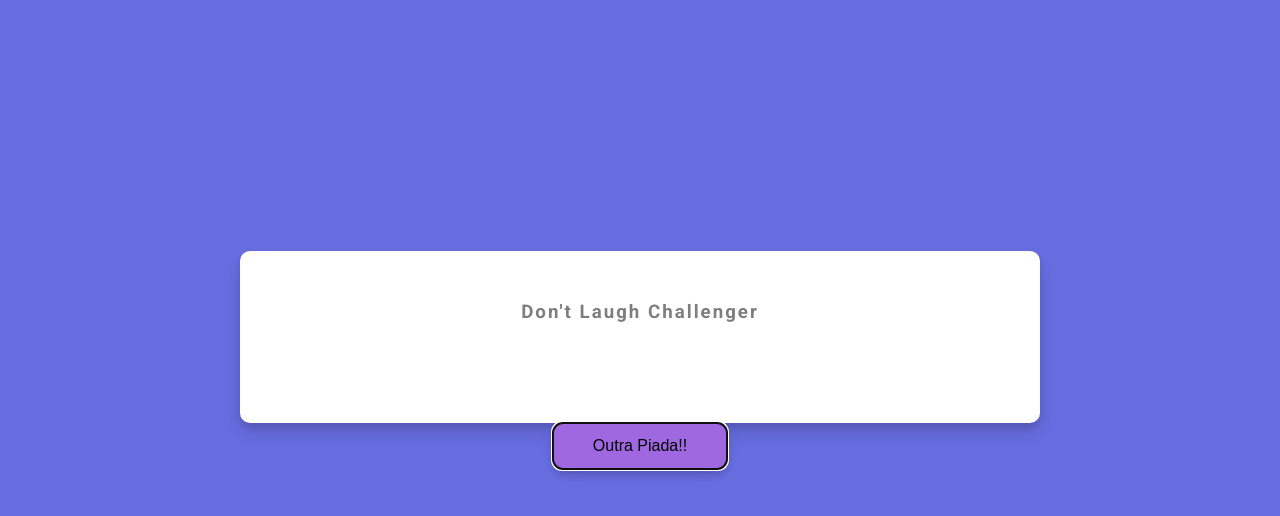
Repository: Williamlmachado/Dad-Jokes
Page: index.html
The author's editor kept a copy of each file at every save. The page is drawn from the files as they stood at one save, then again after the next save.
The browser window is 1280 px wide. The pictures show the whole page.
The first visible `.btn` has the focus.

Above is the page before, as saved 2021-08-21 13:01:37.

### index.html
<!DOCTYPE html>
<html lang="en">
    <head>
        <meta charset="UTF-8"/>
        <meta name="viewport" content="width=device-width, initial-scale=1.0"/>
        <link rel="stylesheet" href="style.css"/>
        <title>JoK3s</title>
    </head>
    <body>
        <div class="container">
            <h3>Don't Laugh Challenger</h3>
            <div id="joke" class="joke"></div>
        </div>
        <button id="jokeBtn" class="btn">Outra Piada!!</button>
        <script></script>
    </body>
</html>

### style.css
@import url('https://fonts.googleapis.com/css2?family=Roboto:wght@400;700&display=swap');

* {
  box-sizing: border-box;
}

body {
  background-color: #686de0;
  font-family: 'Roboto', sans-serif;
  display: flex;
  flex-direction: column;
  align-items: center;
  justify-content: center;
  height: 100vh;
  overflow: hidden;
  margin: 0;
  padding: 20px;
}
.container{
    background-color: white;
    border-radius: 10px;
    box-shadow: 0 10px 20px rgba(0, 0, 0, 0.1), 0 6px 6px rgba(0, 0, 0, 0.1);
    padding: 50px 20px;
    text-align: center;
    max-width: 100%;
    width: 800px;
}
h3{
    margin: 0;
    opacity: 0.5;
    letter-spacing: 2px;
}
.joke{
    font-size: 30px;
    letter-spacing: 1px;
    line-height: 40px;
    margin: 50px auto;
    max-width: 600px;
}
.btn{
    background-color: #9f68E0;
    border: 0;
    border-radius: 10px;
    box-shadow: 0 5px 15px rgba(0, 0, 0, 0.1), 0 6px 6px rgba(0, 0, 0, 0.1);
    padding: 14px 40px;
    font-size: 16px;
    cursor: pointer;
}
.btn:focus{

}

After the next save:
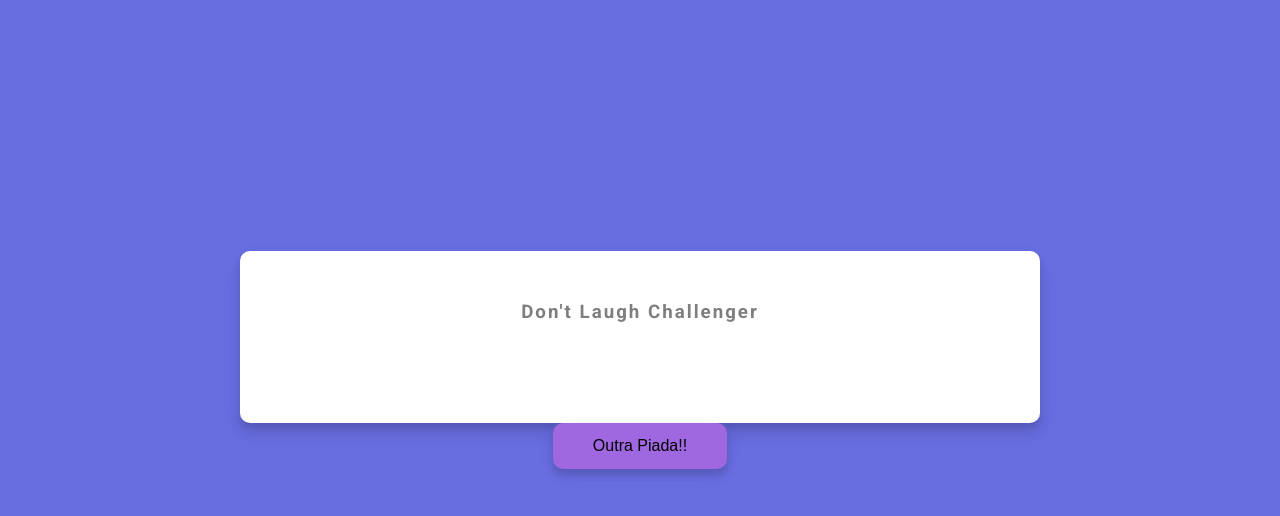
Saved 12 s later.
--- a/style.css
+++ b/style.css
@@ -47,5 +47,5 @@ h3{
     cursor: pointer;
 }
 .btn:focus{
-
+    outline: 0;
 }
